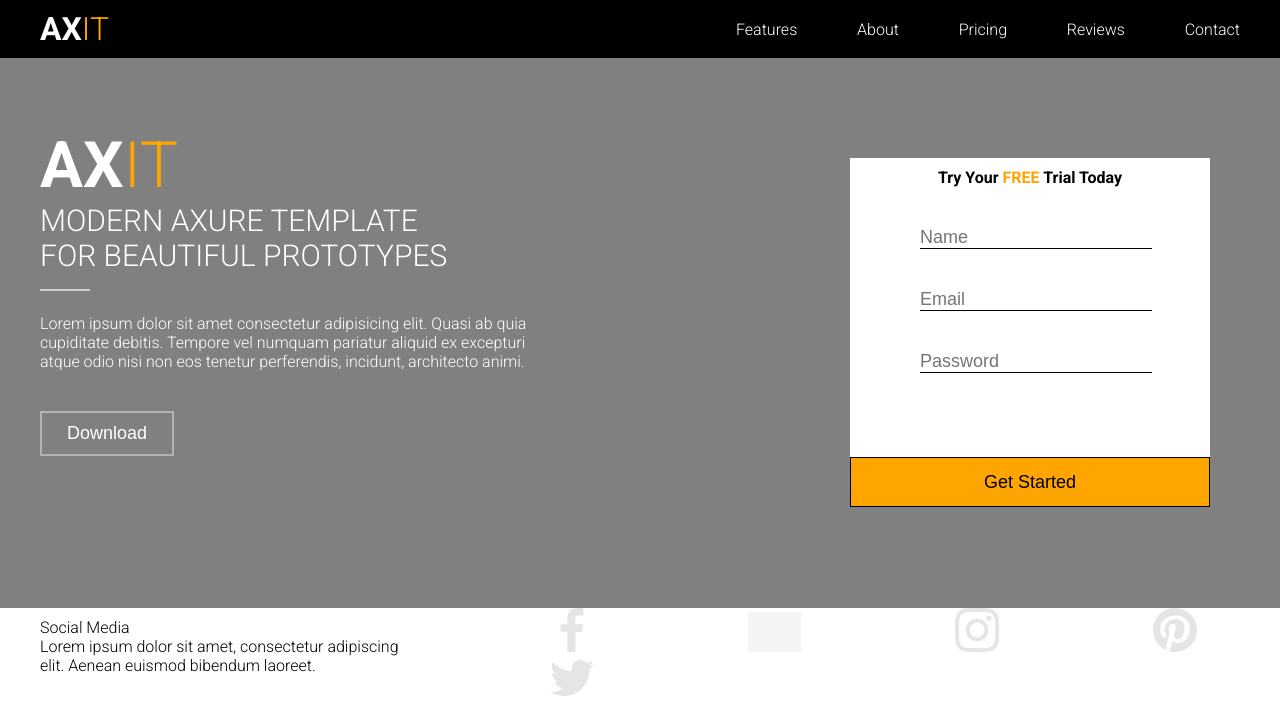
Repository: AsadKasimov/axit
Page: in.html
These files come from the project's save history. The page is drawn as it stood at one moment and after the next save; the edit follows.
The browser window is 1280 px wide. The pictures show the whole page.
Pictures or frames that could not be fetched are drawn as grey boxes.

Above is the page before, as saved 2023-04-14 23:25:55.

After the next save:
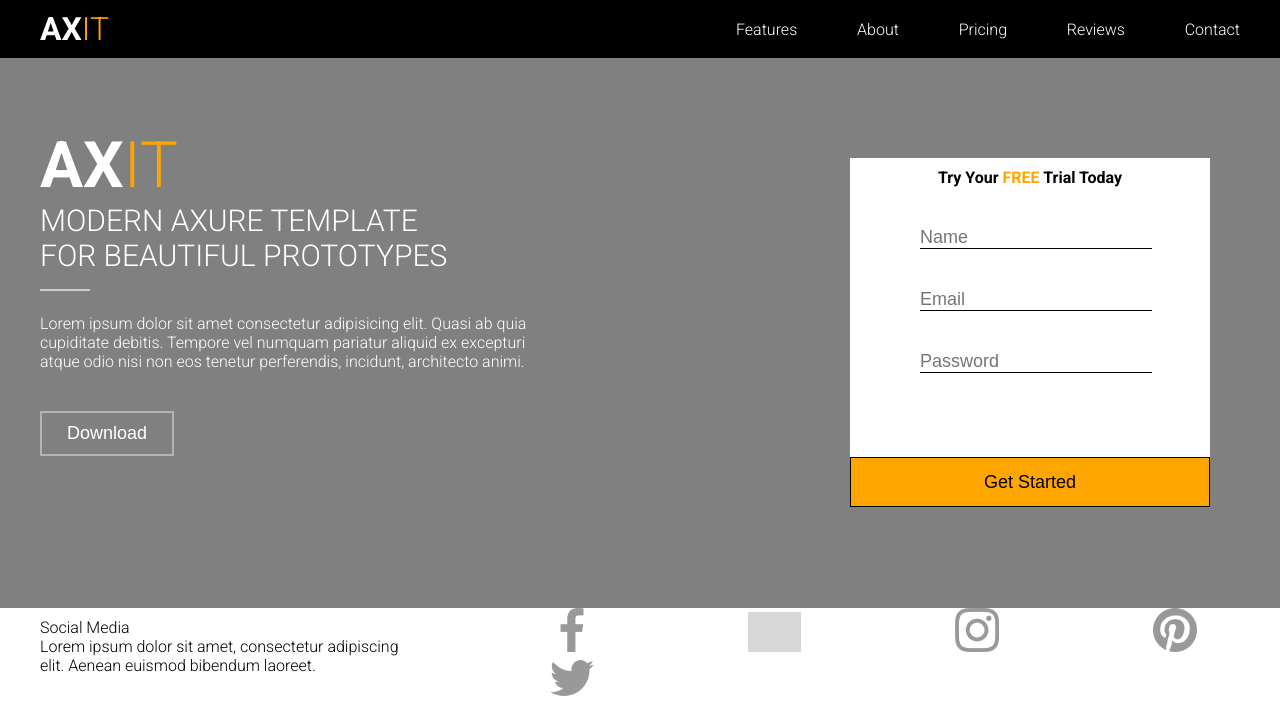
Saved 9 s later.
--- a/style.css
+++ b/style.css
@@ -178,6 +178,6 @@ hr {
 .soc-ac>a{
     margin-left: 150px;
     margin-right: 0px;
-    opacity: .1;
+    opacity: .4;
 
 }
